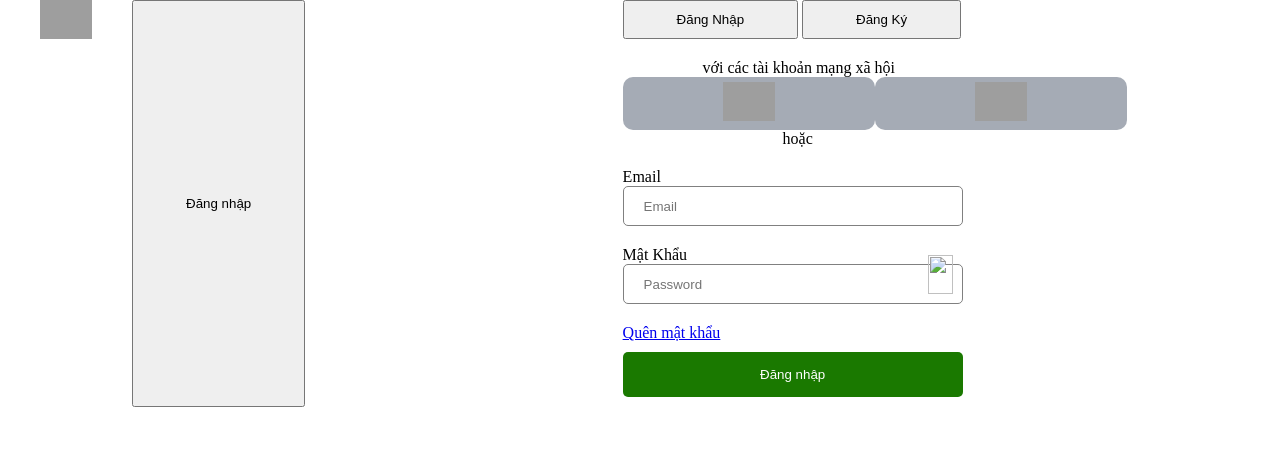
Repository: Dongnguyen318/Quydong
Page: Day 23/index.html
The author's editor kept a copy of each file at every save. The page is drawn from the files as they stood at one save, then again after the next save.
The browser window is 1280 px wide. The pictures show the whole page.
Pictures or frames that could not be fetched are drawn as grey boxes.

Above is the page before, as saved 2023-09-08 20:10:50.

### Day 23/index.html
<!DOCTYPE html>
<html lang="en">
  <head>
    <meta charset="UTF-8" />
    <meta name="viewport" content="width=device-width, initial-scale=1.0" />
    <title>Document</title>
    <link rel="stylesheet" href="./assets/css.css" />
  </head>
  <body>
    <!-- header -->

    <header>
      <div>
        <img
          src="https://cdnweb.dantri.com.vn/dist/static-logo.1-0-1.742f36bc45f3443d0e59.svg"
          alt=""
        />
      </div>
      <button class="btn">Đăng nhập</button>
      <div class="wrapper">
        <div class="btn-wrapper">
          <button class="btn-login">Đăng Nhập</button>
          <button class="btn-login">Đăng Ký</button>
        </div>
        <div class="wrapper-form">
          <span class="wrapper-title">với các tài khoản mạng xã hội</span>
          <div class="wrapper-account">
            <div class="google">
              <img src="./img/1534129544.svg" alt="" />
            </div>
            <div class="facebook">
              <img src="./img/facebook-img.png" alt="" />
            </div>
          </div>
          <span class="wrapper-or">hoặc</span>
          <div class="wrapper-form">
            <form action="">
              <label for="email-login">Email</label>
              <input
                type="email"
                id="email-login"
                class="email-login"
                placeholder="Email"
              />
              <div class="input-box">
                <label for="password-login">Mật Khẩu</label>
                <input
                  type="password"
                  id="password"
                  class="password-login"
                  placeholder="Password"
                />
                <img id="eye" src="" alt="" />
              </div>
              <p><a href="#">Quên mật khẩu</a></p>
              <button class="btn-asign">Đăng nhập</button>
            </form>
          </div>
        </div>
      </div>
      <script src="./assets/js.js"></script>
    </header>
  </body>
</html>

### Day 23/assets/css.css
* {
  margin: 0;
  padding: 0;
  box-sizing: border-box;
}

header {
  display: flex;
  width: 100%;
  justify-content: space-around;
}
header img {
  height: 39px;
  width: 132px;
}
.wrapper {
  /* display: none; */
}

.wrapper.show {
  display: block;
}

.wrapper {
  margin: 0 auto;
  width: 400px;
  height: auto;
  background: #fff;
  padding: 0 30px;
}
.wrapper-form {
  margin-top: 20px;
}
.wrapper-title {
  margin-left: 80px;
}
.wrapper-or {
  margin-left: 160px;
}
button {
  padding: 10px 52px;
}
img {
  width: 30px;
  object-fit: contain;
}
.wrapper-account {
  display: flex;
  justify-content: space-around;
}
.google,
.facebook {
  background: #a5abb5;
  padding: 5px 60px;
  border-radius: 10px;
}

.email-login {
  width: 100%;
  height: 40px;
  border: 1px solid gray;
  border-radius: 5px;
  padding-left: 20px;
  margin-bottom: 20px;
}
.password-login {
  width: 100%;
  height: 40px;
  border: 1px solid gray;
  border-radius: 5px;
  padding-left: 20px;
  margin-bottom: 20px;
}
.input-box {
  position: relative;
}
.input-box img {
  width: 25px;
  cursor: pointer;
  position: absolute;
  right: 10px;
  bottom: 30px;
}
.btn-asign {
  width: 100%;
  height: 45px;
  border: none;
  border-radius: 5px;
  background: #1a7900;
  color: white;
  margin-top: 10px;
  margin-bottom: 10px;
}

Loaded but not shown: Day 23/assets/js.js (no stored copy; drawn as an empty file)

After the next save:
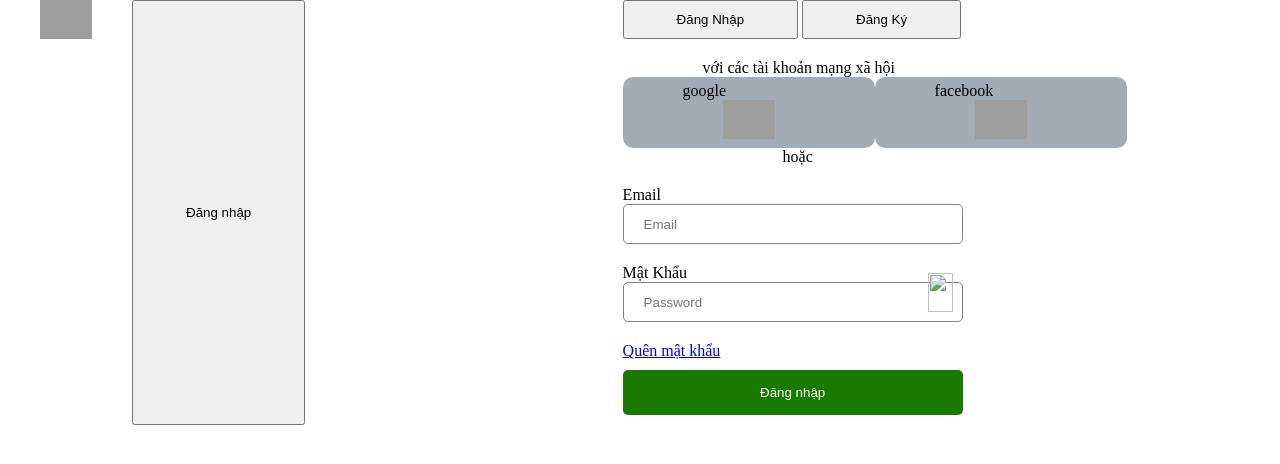
Saved 59 s later.
--- a/Day 23/index.html
+++ b/Day 23/index.html
@@ -26,9 +26,11 @@
           <span class="wrapper-title">với các tài khoản mạng xã hội</span>
           <div class="wrapper-account">
             <div class="google">
+              <p>google</p>
               <img src="./img/1534129544.svg" alt="" />
             </div>
             <div class="facebook">
+              <p>facebook</p>
               <img src="./img/facebook-img.png" alt="" />
             </div>
           </div>
